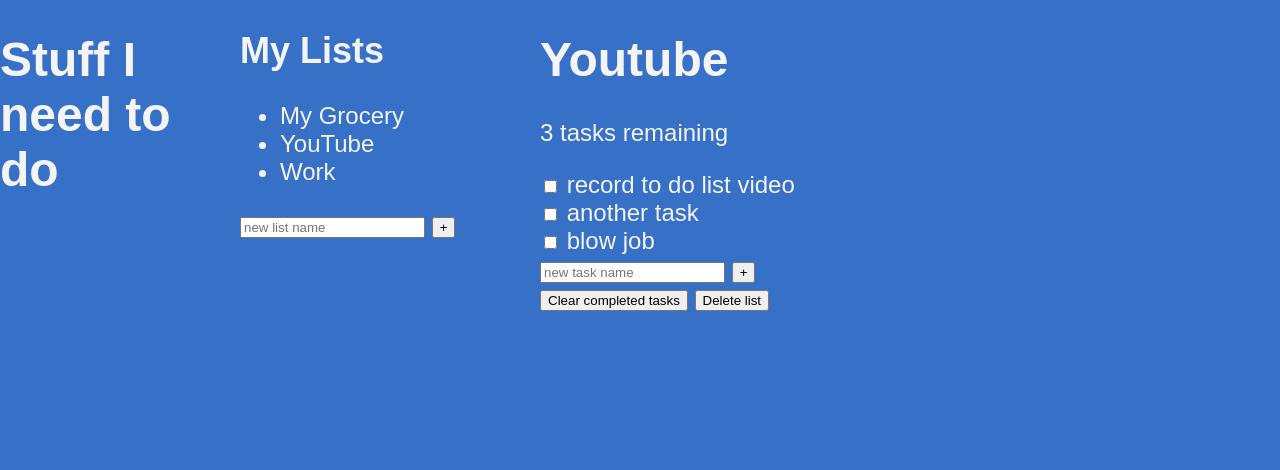
Repository: MohammadMazloum123/To-Do-List-App-
Page: index.html
The author's editor kept a copy of each file at every save. The page is drawn from the files as they stood at one save, then again after a run of saves.
The browser window is 1280 px wide. The pictures show the whole page.

Above is the page before, as saved 2024-02-15 12:16:58.

After the next 9 saves:
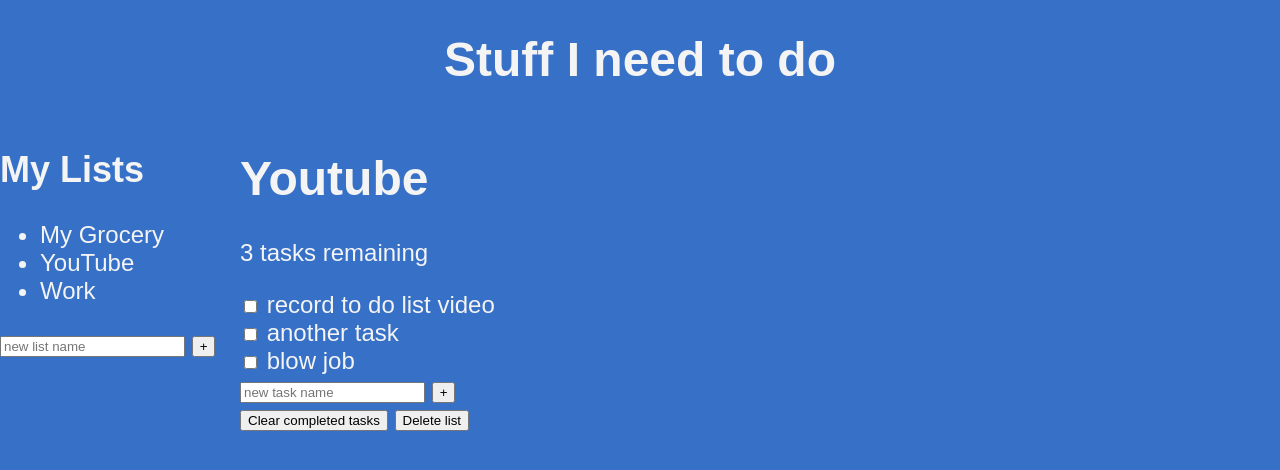
The 9 saves are shown as one change because they came seconds apart.
The last was saved 15 min 37 s later.
--- a/styles.css
+++ b/styles.css
@@ -24,3 +24,9 @@ body{
         "...... lists active ......" auto /
         1fr minmax(100px, 300px) minmax(250px, 500px) 1fr;
 }
+.title{
+    grid-area: header;
+    text-align: center;
+    font-weight: 800;
+
+}
